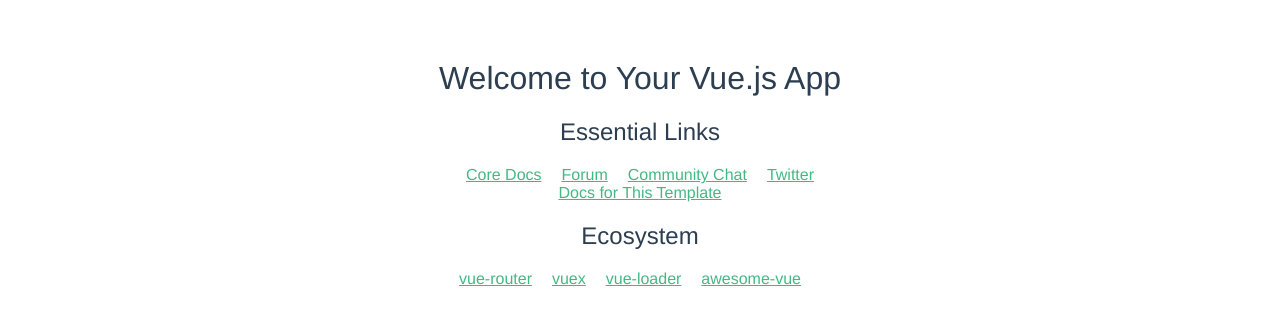
Repository: lykia123/myExample
Page: /
These files come from the project's save history. The page is drawn as it stood at one moment and after the next save; the edit follows.
The browser window is 1280 px wide. The pictures show the whole page.
The project was rebuilt for these pictures with package versions that can differ from the ones it lists, and the page was loaded fresh each time.

Above is the page before, as saved 2019-07-15 15:14:48.

After the next save:
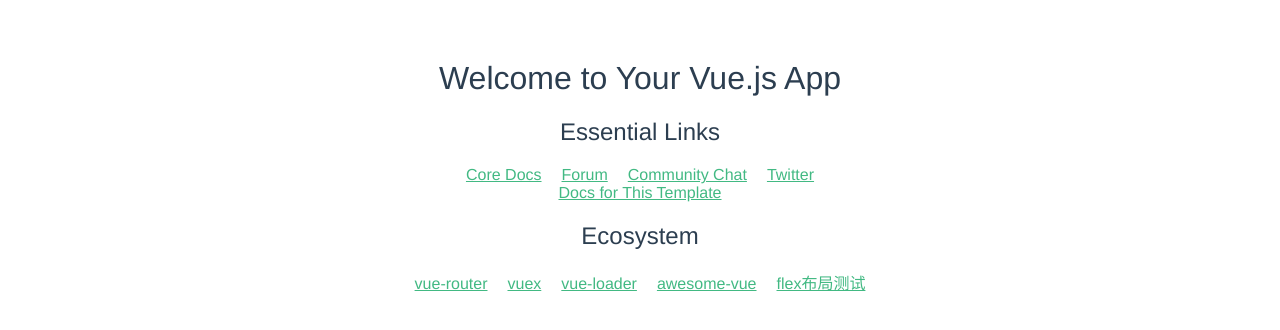
Saved 3 min 38 s later.
--- a/src/components/HelloWorld.vue
+++ b/src/components/HelloWorld.vue
@@ -80,7 +80,7 @@
         </a>
       </li>
       <li>
-        <router-link :to="flex">flex布局测试</router-link>
+        <router-link to="/flex">flex布局测试</router-link>
       </li>
     </ul>
   </div>
